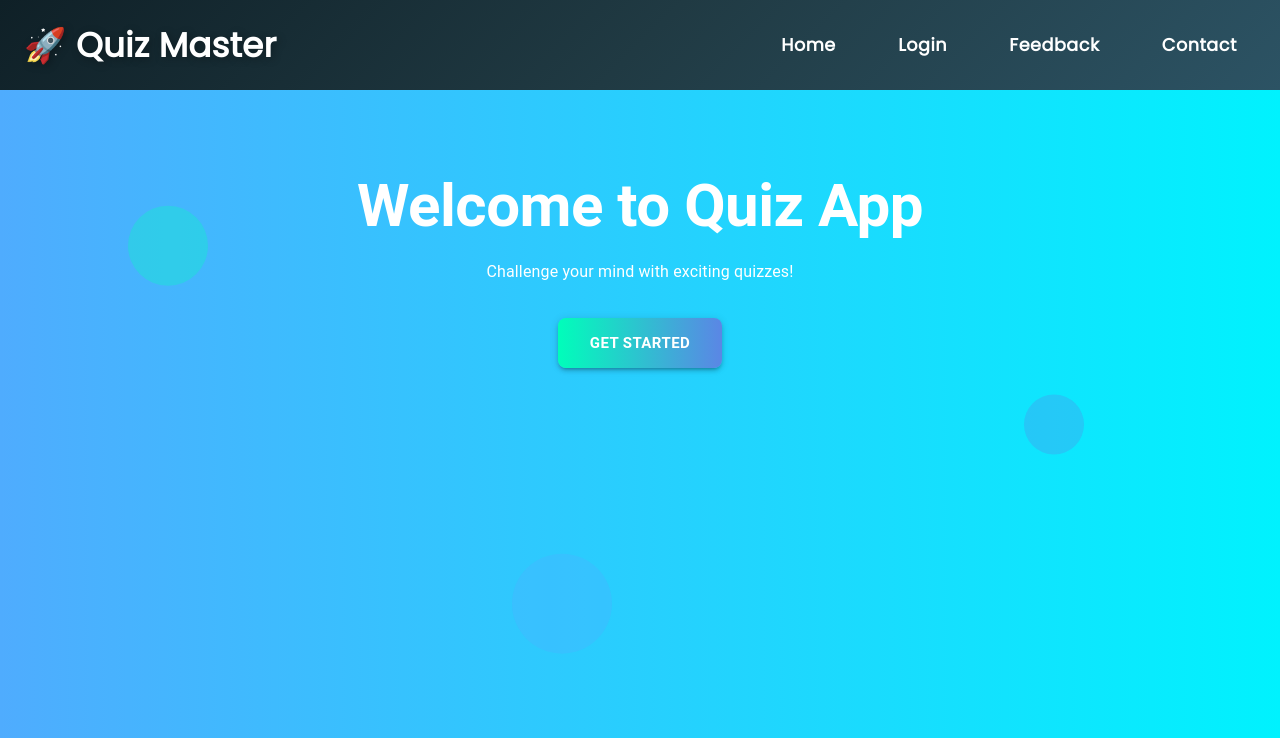
Repository: lalit9168/quizApp
Page: / (app in frontend/)
The author's editor kept a copy of each file at every save. The page is drawn from the files as they stood at one save, then again after the next save.
The browser window is 1280 px wide. The pictures show the whole page.
The project was rebuilt for these pictures with package versions that can differ from the ones it lists, and the page was loaded fresh each time. Also part of the build but not shown: frontend/vite.config.js, frontend/src/index.css, frontend/src/Components/Login/Login.jsx, frontend/src/Components/Home/Home.jsx, frontend/src/Components/PrivateRoute.jsx, frontend/src/Components/api.js, frontend/src/Components/Quiz/QuizPage.jsx, frontend/src/Components/Quiz/QuizDash.jsx and 7 more.

Above is the page before, as saved 2025-06-09 10:45:59.

### frontend/index.html
<!doctype html>
<html lang="en">
  <head>
    <meta charset="UTF-8" />
    <link rel="icon" type="image/svg+xml" href="/vite.svg" />
    <meta name="viewport" content="width=device-width, initial-scale=1.0" />
    <title>Vite + React</title>
  </head>
  <body>
    <div id="root"></div>
    <script type="module" src="/src/main.jsx"></script>
    <link
  href="https://cdn.jsdelivr.net/npm/bootstrap@5.3.0/dist/css/bootstrap.min.css"
  rel="stylesheet"
/>
  </body>
</html>

### frontend/src/App.jsx
import { BrowserRouter, Routes, Route } from 'react-router-dom';
import {
  LoginPage,
  HomePage,
  QuizPage,
  PrivateRoute,
  QuizDash,
  AttemptQuiz,
  CreateGuestQuiz,
  GuestQuizEntry,
  GuestAttemptQuiz,
} from './Components/exports';
import AdminSubmissions from './Components/Quiz/AdminSubmissions';

// ✅ New pages for landing and static content
import Hero from './Components/LandingPage/Hero';
import Contact from './Components/LandingPage/Contact';
import Feedback from './Components/LandingPage/Feedback';

function App() {
  return (
    <BrowserRouter>
      <Routes>

        {/* ✅ Landing Page - default entry */}
        <Route path="/" element={<Hero />} />

        {/* ✅ Auth routes */}
        <Route path="/login" element={<LoginPage />} />
        <Route path="/register" element={<LoginPage />} />

        {/* ✅ Protected Home */}
        <Route path="/home" element={<HomePage />} />

        {/* ✅ Admin Routes */}
        <Route
          path="/quiz"
          element={
            <PrivateRoute allowedRoles={['admin']}>
              <QuizPage />
            </PrivateRoute>
          }
        />
        <Route path="/quizdash" element={<QuizDash />} />
        <Route
          path="/admin/submissions"
          element={
            <PrivateRoute allowedRoles={['admin']}>
              <AdminSubmissions />
            </PrivateRoute>
          }
        />
        <Route
          path="/create-guest"
          element={
            <PrivateRoute allowedRoles={['admin']}>
              <CreateGuestQuiz />
            </PrivateRoute>
          }
        />

        {/* ✅ Guest & User Quiz Attempt Routes */}
        <Route path="/attempt/:code" element={<AttemptQuiz />} />
        <Route path="/guest-quiz-entry" element={<GuestQuizEntry />} />
        <Route path="/guest-attempt/:quizCode" element={<GuestAttemptQuiz />} />

        {/* ✅ Static Info Pages */}
        <Route path="/contact" element={<Contact />} />
        <Route path="/feedback" element={<Feedback />} />

      </Routes>
    </BrowserRouter>
  );
}

export default App;

### frontend/src/Components/exports.js
import LoginPage from "./Login/Login";
import HomePage from "./Home/Home";
import PrivateRoute from "./PrivateRoute";
import QuizPage from "./Quiz/QuizPage";
import QuizDash from "./Quiz/QuizDash";
import AttemptQuiz from "./Quiz/AttemptQuiz";
import CreateGuestQuiz from "./Guest/CreateGuestQuiz";
import GuestQuizEntry from "./Guest/GuestQuizEntry";
import GuestAttemptQuiz from "./Guest/GuestAttemptQuiz";

export {
    LoginPage,
    HomePage,
    PrivateRoute,
    QuizPage,
    QuizDash,
    AttemptQuiz,
    CreateGuestQuiz,
    GuestQuizEntry,
    GuestAttemptQuiz,
}

### frontend/src/Components/LandingPage/Hero.jsx
import React, { useState } from "react";
import { Box, Typography, Button } from "@mui/material";
import { motion } from "framer-motion";
import Navbar from "../Layout/Navbar";
import LoginModal from "../Auth/LoginModal";

const Hero = () => {
  const [showModal, setShowModal] = useState(false);

  return (
    <>
      <Navbar openLogin={() => setShowModal(true)} />

      <Box
        sx={{
          position: "relative",
          minHeight: "90vh",
          px: 2,
          py: 10,
          textAlign: "center",
          background: "linear-gradient(to right, #4facfe, #00f2fe)",
          color: "#fff",
          overflow: "hidden",
        }}
      >
        {/* Decorative bubbles */}
        <Box sx={{ position: "absolute", top: 0, left: 0, width: "100%", height: "100%", zIndex: 0, pointerEvents: "none" }}>
          <motion.div
            className="bubble"
            style={bubbleStyle("#00feba", 80, "20%", "10%")}
            animate={{ y: [0, -20, 0] }}
            transition={{ duration: 8, repeat: Infinity, ease: "easeInOut" }}
          />
          <motion.div
            className="bubble"
            style={bubbleStyle("#5b86e5", 60, "50%", "80%")}
            animate={{ y: [0, -20, 0] }}
            transition={{ duration: 8, repeat: Infinity, ease: "easeInOut", delay: 1 }}
          />
          <motion.div
            className="bubble"
            style={bubbleStyle("#4facfe", 100, "auto", "40%", "10%")}
            animate={{ y: [0, -20, 0] }}
            transition={{ duration: 8, repeat: Infinity, ease: "easeInOut", delay: 2 }}
          />
        </Box>

        <Box sx={{ position: "relative", zIndex: 1 }}>
          <Typography variant="h2" fontWeight={700}>
            Welcome to Quiz App
          </Typography>
          <Typography variant="subtitle1" mt={2}>
            Challenge your mind with exciting quizzes!
          </Typography>

          <Button
            variant="contained"
            size="large"
            sx={{
              mt: 4,
              px: 4,
              py: 1.5,
              fontWeight: "bold",
              borderRadius: 2,
              background: "linear-gradient(to right, #00feba, #5b86e5)",
              boxShadow: 3,
              color: "#fff",
              ":hover": {
                background: "linear-gradient(to right, #5b86e5, #00feba)",
              },
            }}
            onClick={() => setShowModal(true)}
          >
            Get Started
          </Button>
        </Box>
      </Box>

      <LoginModal open={showModal} handleClose={() => setShowModal(false)} />
    </>
  );
};

const bubbleStyle = (color, size, top = "auto", left = "auto", bottom = "auto") => ({
  width: size,
  height: size,
  backgroundColor: color,
  borderRadius: "50%",
  opacity: 0.3,
  position: "absolute",
  top,
  left,
  bottom,
});

export default Hero;

### frontend/src/Components/Layout/Navbar.jsx
import React, { useState } from "react";
import { Link } from "react-router-dom";
import LoginModal from "../Auth/LoginModal";
import {
  AppBar,
  Toolbar,
  Typography,
  Button,
  Box,
  Slide,
} from "@mui/material";
import "@fontsource/poppins"; // Install this using npm install @fontsource/poppins

const Navbar = () => {
  const [showModal, setShowModal] = useState(false);

  return (
    <>
      <Slide direction="down" in={true} mountOnEnter unmountOnExit>
        <AppBar position="static" sx={styles.appbar}>
          <Toolbar sx={styles.toolbar}>
            <Typography variant="h4" sx={styles.title}>
              🚀 Quiz Master
            </Typography>

            <Box sx={styles.linkContainer}>
              <Button component={Link} to="/" sx={styles.linkButton}>
                Home
              </Button>
              <Button onClick={() => setShowModal(true)} sx={styles.linkButton}>
                Login
              </Button>
              <Button component={Link} to="/feedback" sx={styles.linkButton}>
                Feedback
              </Button>
              <Button component={Link} to="/contact" sx={styles.linkButton}>
                Contact
              </Button>
            </Box>
          </Toolbar>
        </AppBar>
      </Slide>

      <LoginModal open={showModal} handleClose={() => setShowModal(false)} />
    </>
  );
};

const styles = {
  appbar: {
    background: "linear-gradient(135deg, #0f2027, #203a43, #2c5364)",
    boxShadow: "0 6px 20px rgba(0,0,0,0.3)",
    height: "90px",
    justifyContent: "center",
  },
  toolbar: {
    display: "flex",
    justifyContent: "space-between",
    alignItems: "center",
    height: "100%",
  },
  title: {
    fontWeight: 700,
    fontFamily: "Poppins, sans-serif",
    color: "#ffffff",
    textShadow: "2px 2px 8px rgba(0,0,0,0.3)",
  },
  linkContainer: {
    display: "flex",
    gap: 3,
  },
  linkButton: {
    color: "#fff",
    fontWeight: "600",
    fontSize: "1.1rem",
    fontFamily: "Poppins, sans-serif",
    letterSpacing: "0.5px",
    padding: "0.6rem 1.2rem",
    textTransform: "none",
    borderRadius: "8px",
    transition: "all 0.3s ease",
    "&:hover": {
      backgroundColor: "rgba(255, 255, 255, 0.2)",
      transform: "translateY(-2px)",
      boxShadow: "0 4px 10px rgba(0,0,0,0.2)",
    },
  },
};

export default Navbar;

### frontend/src/Components/Auth/LoginModal.jsx
import React, { useState } from "react";
import {
  Box, Paper, TextField, Button, Typography,
  IconButton, Checkbox, FormControlLabel, Fade, Modal
} from "@mui/material";
import StarsIcon from "@mui/icons-material/Stars";
import axios from "axios";
import { useNavigate } from "react-router-dom";

function LoginModal({ open, handleClose }) {
  const navigate = useNavigate();
  const [isRegister, setIsRegister] = useState(false);
  const [formData, setFormData] = useState({
    email: "",
    password: "",
    role: "user",
  });

  const handleChange = (e) => {
    const { name, value, type, checked } = e.target;
    setFormData((prev) => ({
      ...prev,
      [name]: type === "checkbox" ? (checked ? "admin" : "user") : value,
    }));
  };

  const handleSubmit = async () => {
    const url = isRegister
      ? "http://localhost:5001/api/register"
      : "http://localhost:5001/api/login";

    try {
      const res = await axios.post(url, formData);
      if (!isRegister) {
        localStorage.setItem("token", res.data.token);
        localStorage.setItem("role", res.data.role);
        handleClose();
        navigate("/home");
      } else {
        alert("Registered successfully! Please log in.");
        setIsRegister(false);
      }
    } catch (err) {
      alert(err.response?.data?.error || "Something went wrong");
    }
  };

  return (
    <Modal open={open} onClose={handleClose}>
      <Box
        display="flex"
        justifyContent="center"
        alignItems="center"
        height="100vh"
      >
        <Fade in={open} timeout={600}>
          <Paper
            elevation={8}
            sx={{
              backdropFilter: "blur(16px)",
              background: "rgba(255, 255, 255, 0.05)",
              border: "1px solid rgba(255,255,255,0.15)",
              padding: 5,
              borderRadius: 4,
              maxWidth: 400,
              width: "90%",
              color: "#fff",
            }}
          >
            <Box textAlign="center" mb={3}>
              <IconButton
                sx={{
                  background: "linear-gradient(45deg, #00feba, #5b86e5)",
                  color: "#fff",
                  width: 60,
                  height: 60,
                  borderRadius: "50%",
                  boxShadow: "0 0 20px #00feba",
                }}
              >
                <StarsIcon fontSize="large" />
              </IconButton>
              <Typography variant="h5" mt={2} fontWeight="bold">
                {isRegister ? "Create an Account" : "Welcome to Quizz!"}
              </Typography>
            </Box>

            <TextField
              fullWidth
              label="Email"
              variant="filled"
              name="email"
              value={formData.email}
              onChange={handleChange}
              sx={{
                mb: 2,
                input: { color: "white" },
                "& .MuiFilledInput-root": {
                  backgroundColor: "rgba(255,255,255,0.1)",
                  borderRadius: 1,
                },
              }}
            />
            <TextField
              fullWidth
              label="Password"
              type="password"
              variant="filled"
              name="password"
              value={formData.password}
              onChange={handleChange}
              sx={{
                mb: 2,
                input: { color: "white" },
                "& .MuiFilledInput-root": {
                  backgroundColor: "rgba(255,255,255,0.1)",
                  borderRadius: 1,
                },
              }}
            />

            {isRegister && (
              <FormControlLabel
                control={
                  <Checkbox
                    checked={formData.role === "admin"}
                    onChange={handleChange}
                    name="role"
                    sx={{ color: "#00feba" }}
                  />
                }
                label="Register as Admin"
                sx={{ color: "#fff", mb: 2 }}
              />
            )}

            <Button
              fullWidth
              variant="contained"
              onClick={handleSubmit}
              sx={{
                background: "linear-gradient(to right, #00feba, #5b86e5)",
                color: "#000",
                fontWeight: "bold",
                boxShadow: "0 0 10px #00feba",
                mb: 2,
                ":hover": {
                  background: "linear-gradient(to right, #5b86e5, #00feba)",
                  transform: "scale(1.02)",
                },
              }}
            >
              {isRegister ? "Register" : "Log In"}
            </Button>

            <Typography align="center" variant="body2" sx={{ color: "#ccc" }}>
              {isRegister ? (
                <>
                  Already have an account?{" "}
                  <Button
                    onClick={() => setIsRegister(false)}
                    sx={{ color: "#00feba", textTransform: "none" }}
                  >
                    Log In
                  </Button>
                </>
              ) : (
                <>
                  Don’t have an account?{" "}
                  <Button
                    onClick={() => setIsRegister(true)}
                    sx={{ color: "#5b86e5", textTransform: "none" }}
                  >
                    Register
                  </Button>
                </>
              )}
            </Typography>
          </Paper>
        </Fade>
      </Box>
    </Modal>
  );
}

export default LoginModal;

Loaded but not shown: frontend/src/main.jsx (common file)

After the next save:
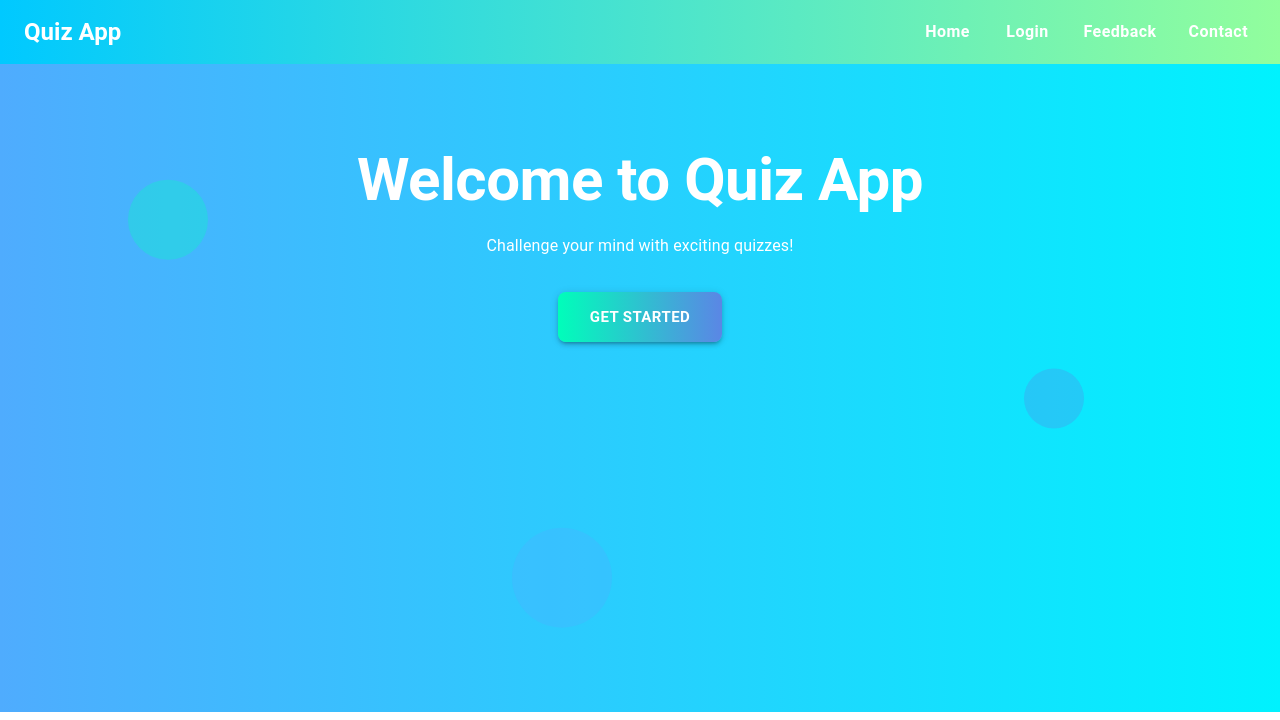
Saved 1 s later.
--- a/frontend/src/Components/Layout/Navbar.jsx
+++ b/frontend/src/Components/Layout/Navbar.jsx
@@ -9,7 +9,6 @@
   Box,
   Slide,
 } from "@mui/material";
-import "@fontsource/poppins"; // Install this using npm install @fontsource/poppins
 
 const Navbar = () => {
   const [showModal, setShowModal] = useState(false);
@@ -19,8 +18,8 @@
       <Slide direction="down" in={true} mountOnEnter unmountOnExit>
         <AppBar position="static" sx={styles.appbar}>
           <Toolbar sx={styles.toolbar}>
-            <Typography variant="h4" sx={styles.title}>
-              🚀 Quiz Master
+            <Typography variant="h5" sx={styles.title}>
+              Quiz App
             </Typography>
 
             <Box sx={styles.linkContainer}>
@@ -48,41 +47,32 @@
 
 const styles = {
   appbar: {
-    background: "linear-gradient(135deg, #0f2027, #203a43, #2c5364)",
-    boxShadow: "0 6px 20px rgba(0,0,0,0.3)",
-    height: "90px",
-    justifyContent: "center",
+    background: "linear-gradient(to right, #00c9ff, #92fe9d)",
+    boxShadow: "0 4px 12px rgba(0,0,0,0.2)",
   },
   toolbar: {
     display: "flex",
     justifyContent: "space-between",
     alignItems: "center",
-    height: "100%",
   },
   title: {
-    fontWeight: 700,
-    fontFamily: "Poppins, sans-serif",
-    color: "#ffffff",
-    textShadow: "2px 2px 8px rgba(0,0,0,0.3)",
+    fontWeight: "bold",
+    color: "#fff",
+    fontFamily: "Roboto, sans-serif",
   },
   linkContainer: {
     display: "flex",
-    gap: 3,
+    gap: 2,
   },
   linkButton: {
     color: "#fff",
-    fontWeight: "600",
-    fontSize: "1.1rem",
-    fontFamily: "Poppins, sans-serif",
-    letterSpacing: "0.5px",
-    padding: "0.6rem 1.2rem",
+    fontWeight: "bold",
+    fontSize: "1rem",
     textTransform: "none",
-    borderRadius: "8px",
-    transition: "all 0.3s ease",
+    transition: "all 0.3s ease-in-out",
     "&:hover": {
-      backgroundColor: "rgba(255, 255, 255, 0.2)",
-      transform: "translateY(-2px)",
-      boxShadow: "0 4px 10px rgba(0,0,0,0.2)",
+      backgroundColor: "rgba(255,255,255,0.2)",
+      transform: "scale(1.05)",
     },
   },
 };

After the save that followed:
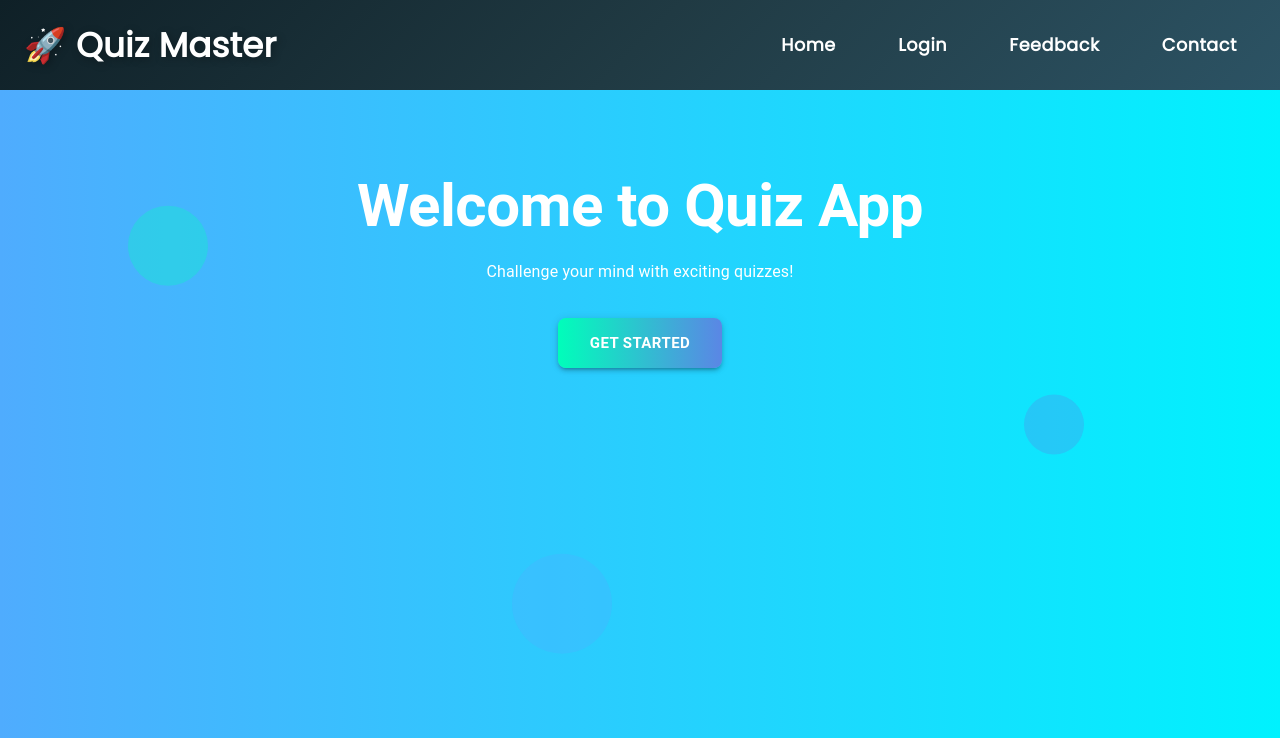
Saved 68 s later.
--- a/frontend/src/Components/Layout/Navbar.jsx
+++ b/frontend/src/Components/Layout/Navbar.jsx
@@ -9,6 +9,7 @@
   Box,
   Slide,
 } from "@mui/material";
+import "@fontsource/poppins"; // Install this using npm install @fontsource/poppins
 
 const Navbar = () => {
   const [showModal, setShowModal] = useState(false);
@@ -18,8 +19,8 @@
       <Slide direction="down" in={true} mountOnEnter unmountOnExit>
         <AppBar position="static" sx={styles.appbar}>
           <Toolbar sx={styles.toolbar}>
-            <Typography variant="h5" sx={styles.title}>
-              Quiz App
+            <Typography variant="h4" sx={styles.title}>
+              🚀 Quiz Master
             </Typography>
 
             <Box sx={styles.linkContainer}>
@@ -47,32 +48,41 @@
 
 const styles = {
   appbar: {
-    background: "linear-gradient(to right, #00c9ff, #92fe9d)",
-    boxShadow: "0 4px 12px rgba(0,0,0,0.2)",
+    background: "linear-gradient(135deg, #0f2027, #203a43, #2c5364)",
+    boxShadow: "0 6px 20px rgba(0,0,0,0.3)",
+    height: "90px",
+    justifyContent: "center",
   },
   toolbar: {
     display: "flex",
     justifyContent: "space-between",
     alignItems: "center",
+    height: "100%",
   },
   title: {
-    fontWeight: "bold",
-    color: "#fff",
-    fontFamily: "Roboto, sans-serif",
+    fontWeight: 700,
+    fontFamily: "Poppins, sans-serif",
+    color: "#ffffff",
+    textShadow: "2px 2px 8px rgba(0,0,0,0.3)",
   },
   linkContainer: {
     display: "flex",
-    gap: 2,
+    gap: 3,
   },
   linkButton: {
     color: "#fff",
-    fontWeight: "bold",
-    fontSize: "1rem",
+    fontWeight: "600",
+    fontSize: "1.1rem",
+    fontFamily: "Poppins, sans-serif",
+    letterSpacing: "0.5px",
+    padding: "0.6rem 1.2rem",
     textTransform: "none",
-    transition: "all 0.3s ease-in-out",
+    borderRadius: "8px",
+    transition: "all 0.3s ease",
     "&:hover": {
-      backgroundColor: "rgba(255,255,255,0.2)",
-      transform: "scale(1.05)",
+      backgroundColor: "rgba(255, 255, 255, 0.2)",
+      transform: "translateY(-2px)",
+      boxShadow: "0 4px 10px rgba(0,0,0,0.2)",
     },
   },
 };
